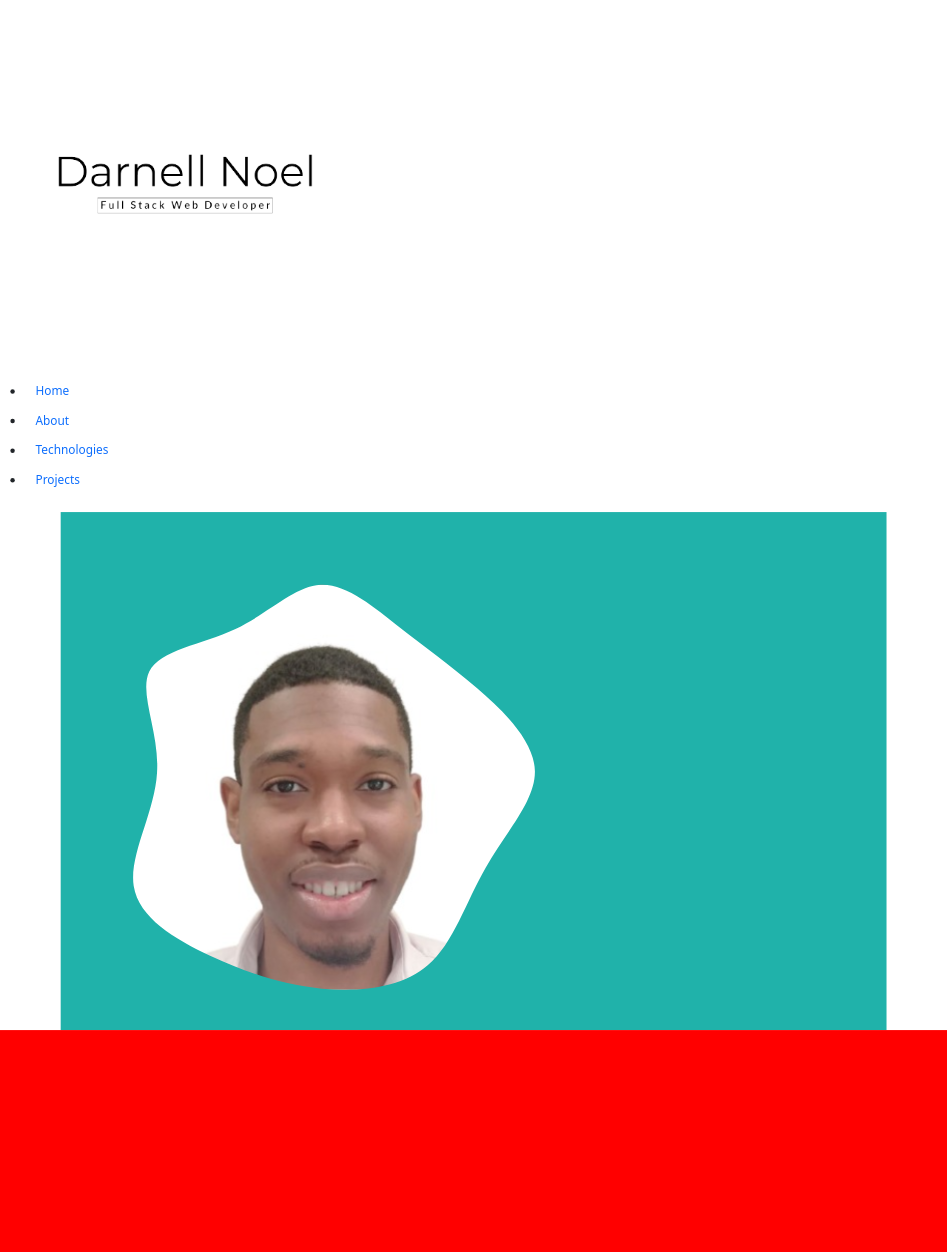
Repository: DNoel26/My_Dev_Portfolio
Page: index.html
The author's editor kept a copy of each file at every save. The page is drawn from the files as they stood at one save, then again after the next save.
The browser window is 1280 px wide. The pictures show the whole page, at 74% of full size.

Above is the page before, as saved 2021-01-28 18:33:09.

### index.html
<!DOCTYPE html>
<html lang="en">
<head>
    <meta charset="UTF-8">
    <meta name="viewport" content="width=device-width, initial-scale=1.0">
    <title>Homepage | Darnell Noel | Professional Portfolio | Full Stack Web Development</title>
    <link href="https://cdn.jsdelivr.net/npm/bootstrap@5.0.0-beta1/dist/css/bootstrap.min.css" rel="stylesheet" integrity="sha384-giJF6kkoqNQ00vy+HMDP7azOuL0xtbfIcaT9wjKHr8RbDVddVHyTfAAsrekwKmP1" crossorigin="anonymous">
    <link rel="stylesheet" href="/css/style.css">
</head>
<body>
    <header>
        <div>
            <nav class="">
                <!--Logo-->
                <a href="/" class="navbar-brand"><img src="/img/Darnell Noel-logos_black_no_bg.png" alt="Darnell Noel's Full Stack Web Development Logo for his portfolio" class="img-fluid"></a>
            </nav>
            <nav class="navbar navbar-expand-md">
                <!--Nav Links-->
                <ul >
                    <li class="nav-item">
                        <a href="/" class="nav-link">Home</a>
                    </li>
                    <li class="nav-item">
                        <a href="#about" class="nav-link">About</a>
                    </li>
                    <li class="nav-item">
                        <a href="#technologies" class="nav-link">Technologies</a>
                    </li>
                    <li class="nav-item">
                        <a href="#projects" class="nav-link">Projects</a>
                    </li>
                </ul>
            </nav>
        </div>
    </header>
    <main>
        <div>
            <section class="container hero">
                <div class="mx-auto">
                    <!--<img src="/img/profile_pic.jpg" alt="Darnell Noel's profile pic" class="prof-pic svg-clip">-->
                    <svg viewBox="0 0 200 200" xmlns="http://www.w3.org/2000/svg">
                        <defs>
                            <pattern id="img-pattern" x="-0.15" y="0" width="1.15" height="1">
                                <image href="/img/profile_pic_white_bg.jpg"/>
                            </pattern>
                        </defs>
                        <path fill="url(#img-pattern)" d="M30.8,-55.5C40.8,-47.6,50.2,-41,60.8,-32C71.3,-23,82.9,-11.5,83.1,0.1C83.2,11.7,72,23.4,64.2,37.1C56.3,50.7,51.8,66.4,41.7,75C31.6,83.7,15.8,85.4,0.8,84C-14.1,82.5,-28.2,77.9,-42.1,71.4C-56.1,64.9,-69.9,56.6,-71.8,44.4C-73.7,32.2,-63.7,16.1,-62.8,0.6C-61.8,-15,-69.9,-30,-65.8,-38.4C-61.7,-46.9,-45.5,-48.8,-32.5,-54.9C-19.5,-61,-9.8,-71.3,0.3,-71.9C10.4,-72.4,20.9,-63.3,30.8,-55.5Z" transform="translate(100 100)" />

                        <!--<defs>
                            <clipPath id="svg-clip">
                                <path d="M45.8,-76.7C59.5,-71.3,70.9,-59.4,77.1,-45.6C83.2,-31.7,84.1,-15.8,84.8,0.4C85.4,16.6,85.9,33.2,78.2,44.4C70.5,55.6,54.6,61.4,40.2,65.7C25.9,70.1,12.9,72.9,-0.9,74.5C-14.7,76,-29.4,76.2,-41.2,70.4C-53,64.5,-61.8,52.7,-69.1,39.9C-76.3,27.2,-82,13.6,-82.4,-0.2C-82.7,-14,-77.7,-28,-69.4,-38.9C-61,-49.7,-49.4,-57.5,-37.2,-63.8C-25.1,-70,-12.6,-74.8,1.7,-77.8C16,-80.8,32,-82,45.8,-76.7Z" transform="translate(100 100)" />
                            </clipPath>
                        </defs>-->
                    </svg>
                </div>
            </section>
        </div>
    </main>
    <footer>
        <div class="container-fluid">

        </div>
    </footer>
    <script src="https://cdn.jsdelivr.net/npm/bootstrap@5.0.0-beta1/dist/js/bootstrap.bundle.min.js" integrity="sha384-ygbV9kiqUc6oa4msXn9868pTtWMgiQaeYH7/t7LECLbyPA2x65Kgf80OJFdroafW" crossorigin="anonymous"></script>
</body>
</html>

### css/style.css
header {
    /*height: 150px;
    background-color: blue;*/
}

footer {
    background-color: red;
    height: 300px;
}

.hero > div:first-child {
    height: 700px;
    background-color: lightseagreen;
}

.prof-pic.svg-clip {
    height: 100%;
    -webkit-clip-path: url(#svg-clip);
    clip-path: url(#svg-clip);
}

svg,
svg image {
    height: 100%;
    width: auto;
}

After the next save:
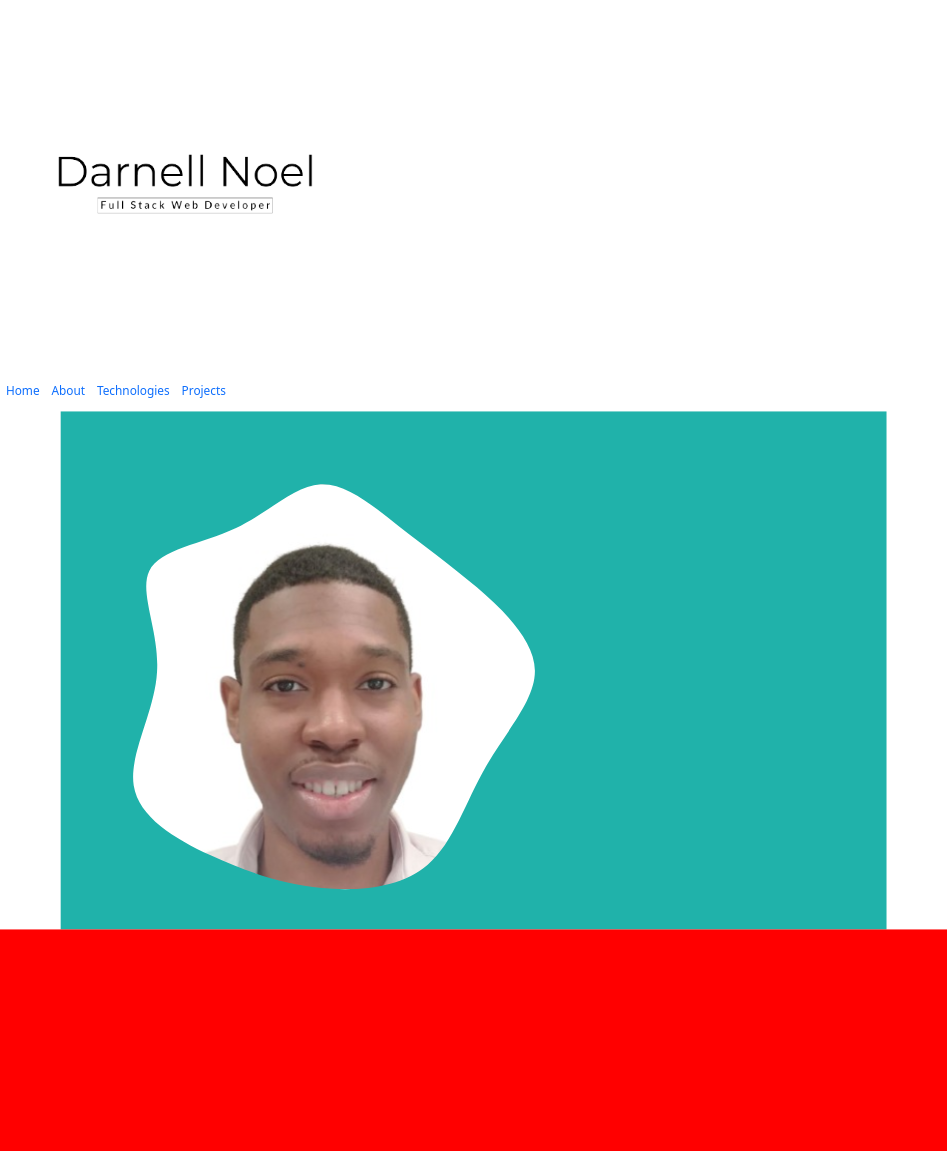
Saved 4 s later.
--- a/index.html
+++ b/index.html
@@ -16,7 +16,7 @@
             </nav>
             <nav class="navbar navbar-expand-md">
                 <!--Nav Links-->
-                <ul >
+                <ul class="navbar-nav">
                     <li class="nav-item">
                         <a href="/" class="nav-link">Home</a>
                     </li>
